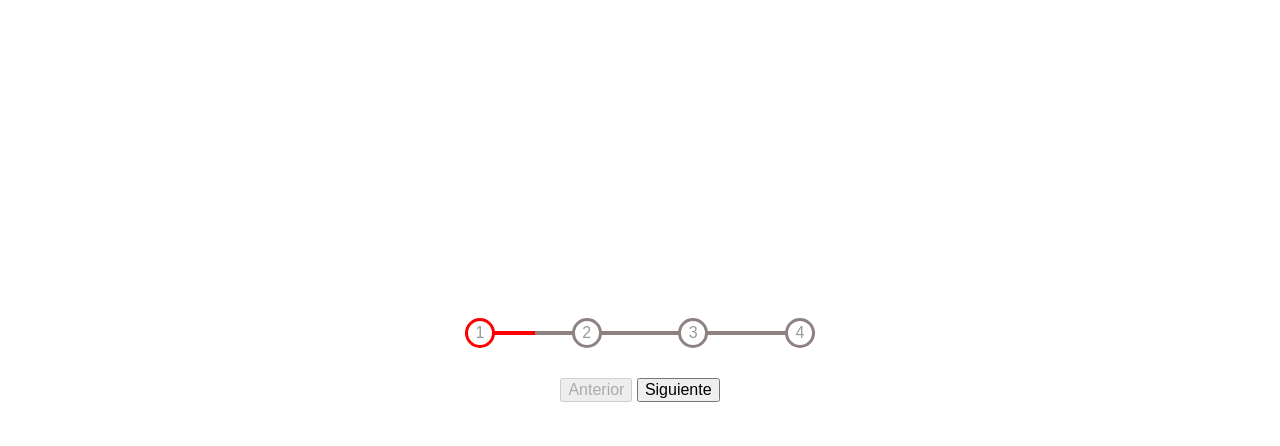
Repository: ElideZavala/Linea-de-tiempo
Page: index.html
These files come from the project's save history. The page is drawn as it stood at one moment and after the next save; the edit follows.
The browser window is 1280 px wide. The pictures show the whole page.
Some web fonts or font styles are not loaded; a fallback is used.

Above is the page before, as saved 2021-05-28 07:35:58.

### index.html
<!DOCTYPE html>
<html lang="en">
<head>
	<meta charset="UTF-8">
	<meta http-equiv="X-UA-Compatible" content="IE=edge">
	<meta name="viewport" content="width=device-width, initial-scale=1.0">
	<link rel="stylesheet" href="style.css">
	<link rel="stylesheet" href="normalize.css">
	<title>Pasos de progreso </title>
</head>
<body>
	<div class="container">
		<div class="progress-container">
			<div class="progress" id="progress"></div>
			<div class="circle active">1</div>
			<div class="circle">2</div>
			<div class="circle">3</div>
			<div class="circle">4</div>
		</div>

		<button class="btn" id="prev" disabled>Anterior</button>
		<button class="btn" id="next">Siguiente</button>
		<script src="script.js"></script>
	</div>
</body>
</html>

### style.css
/* @import url('https://fonts.googleapis.com/css2?family=Roboto:wght@400;700&display=swap'); */
@import url('https://fonts.googleapis.com/css?family=Muli&display=swap');


:root {
	--line-border-fill: red;
	--line-border-empty: rgb(144, 129, 129);
}

* {
	box-sizing: border-box;
}

body {
	font-family: 'Muli', sans-serif;
	display: flex;
	flex-direction: column;
	align-items: center;
	justify-content: center;
	height: 100vh;
	overflow: hidden;
	margin: 0;
}

.container {
	text-align: center;
}

.progress-container {
	display: flex;
	justify-content: space-between;
	position: relative;
	margin-bottom: 30px;
	max-width: 100%;
	width: 350px;
}

.progress-container::before {
	content: '';
	background-color: var( --line-border-empty);
	position: absolute;
	top: 50%;
	left: 0;
	transform: translateY(-50%);
	height: 4px;
	width: 100%;
	z-index: -1;
	transition: 0.4s ease;
}

.progress {
	background-color: var( --line-border-fill );
	position: absolute;
	top: 50%;
	left: 0;
	transform: translateY(-50%);
	height: 4px;
	width: 20%;
	z-index: -1;
	transition: 0.4s ease;
}

.circle {
	background-color: #fff;
	color: #999;
	border-radius: 50%;
	height: 30px;
	width: 30px;
	display: flex;
	align-items: center;
	justify-content: center;
	border: 3px solid var( --line-border-empty );
	transition: .4s ease;
}

.circle.active {
	border-color: red;
}

Loaded but not shown: normalize.css (library); script.js (no stored copy; drawn as an empty file)

After the next save:
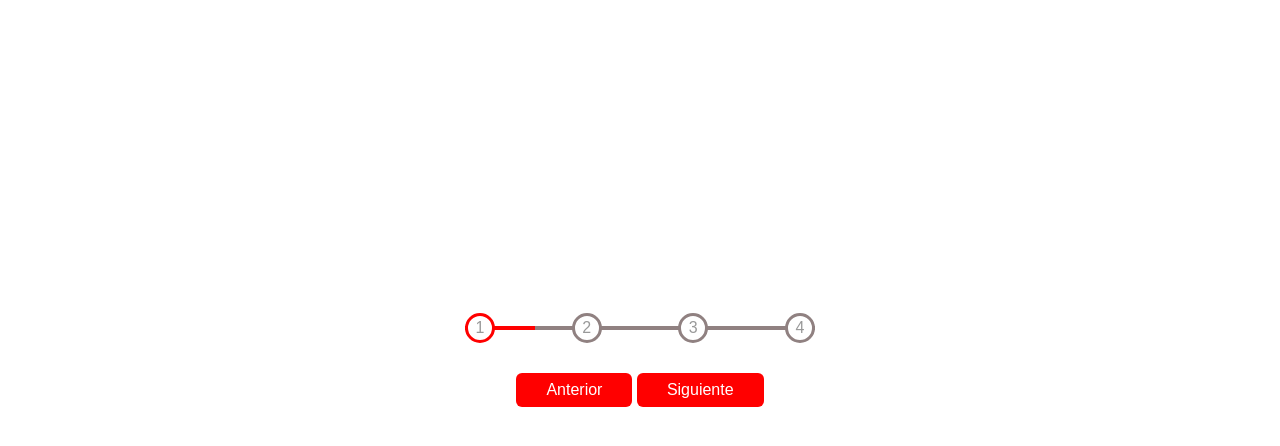
Saved 4 min 16 s later.
--- a/style.css
+++ b/style.css
@@ -76,3 +76,14 @@ body {
 .circle.active {
 	border-color: red;
 }
+
+.btn {
+	background-color: var(--line-border-fill);
+	color: #fff;
+	border: 0;
+	border-radius: 6px;
+	cursor: pointer;
+	font-family: inherit;
+	padding: 8px 30px;
+
+}
